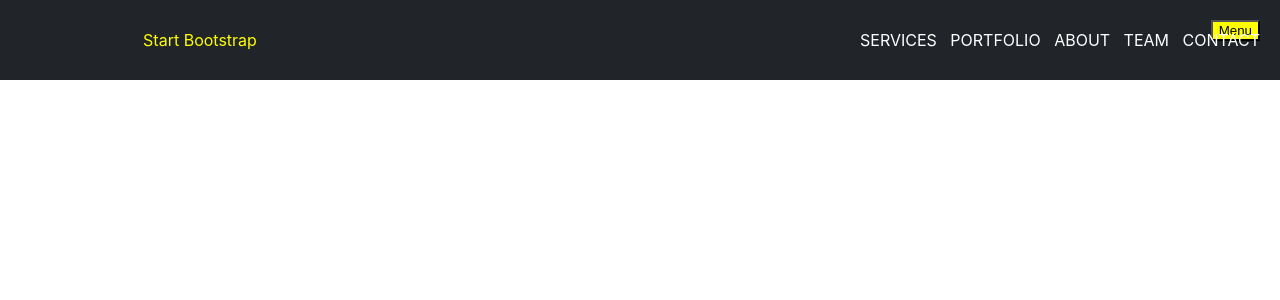
Repository: ooter37/media-queries-afternoon
Page: / (app in portfolio-clone/)
These files come from the project's save history. The page is drawn as it stood at one moment and after the next save; the edit follows.
The browser window is 1280 px wide. The pictures show the whole page.
The project was rebuilt for these pictures with package versions that can differ from the ones it lists, and the page was loaded fresh each time.

Above is the page before, as saved 2020-04-13 14:53:49.

After the next save:
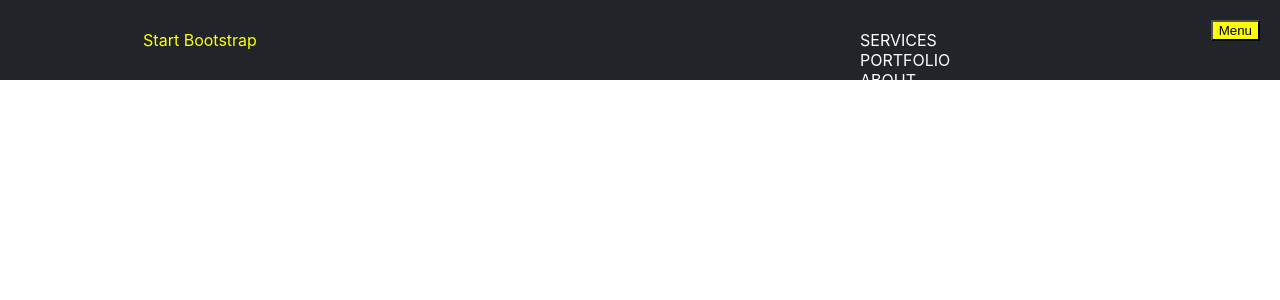
Saved 47 s later.
--- a/portfolio-clone/src/Components/Banner.js
+++ b/portfolio-clone/src/Components/Banner.js
@@ -21,16 +21,19 @@
     render() {
         return (
             <header className='header'>
-                <nav className={this.state.toggleSidebar ? 'navbar': ''}>
+                <nav className={this.state.toggleSidebar ? 'show': ''}>
                     <div className='start-bootstrap'>Start Bootstrap</div>
                     <div className='buttons-background'>
                             <button className='menu-button' onClick={() => this.toggleSidebar()}>Menu</button>
                     <div className='buttons'>
+                        <div className='hider'>
+
                             <div>SERVICES</div>
                             <div>PORTFOLIO</div>
                             <div>ABOUT</div>
                             <div>TEAM</div>
                             <div>CONTACT</div>
+                        </div>
                     </div>
                     </div>
                 </nav>

After the save that followed:
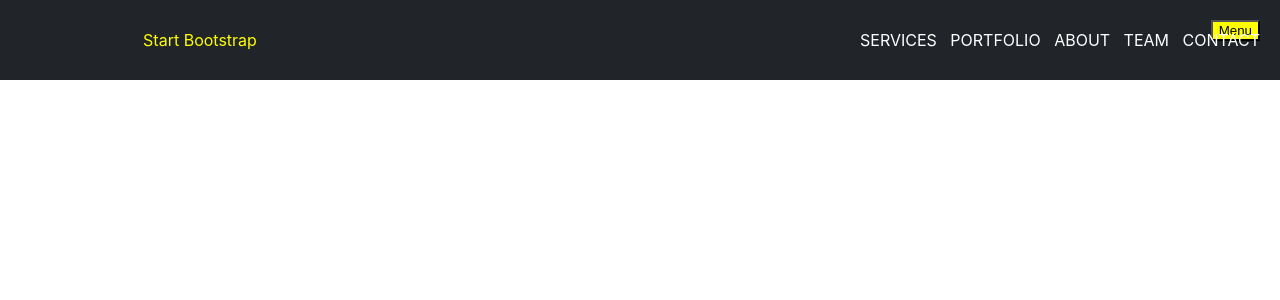
Saved 51 s later.
--- a/portfolio-clone/src/Components/Banner.js
+++ b/portfolio-clone/src/Components/Banner.js
@@ -26,14 +26,14 @@
                     <div className='buttons-background'>
                             <button className='menu-button' onClick={() => this.toggleSidebar()}>Menu</button>
                     <div className='buttons'>
-                        <div className='hider'>
+
 
                             <div>SERVICES</div>
                             <div>PORTFOLIO</div>
                             <div>ABOUT</div>
                             <div>TEAM</div>
                             <div>CONTACT</div>
-                        </div>
+
                     </div>
                     </div>
                 </nav>
